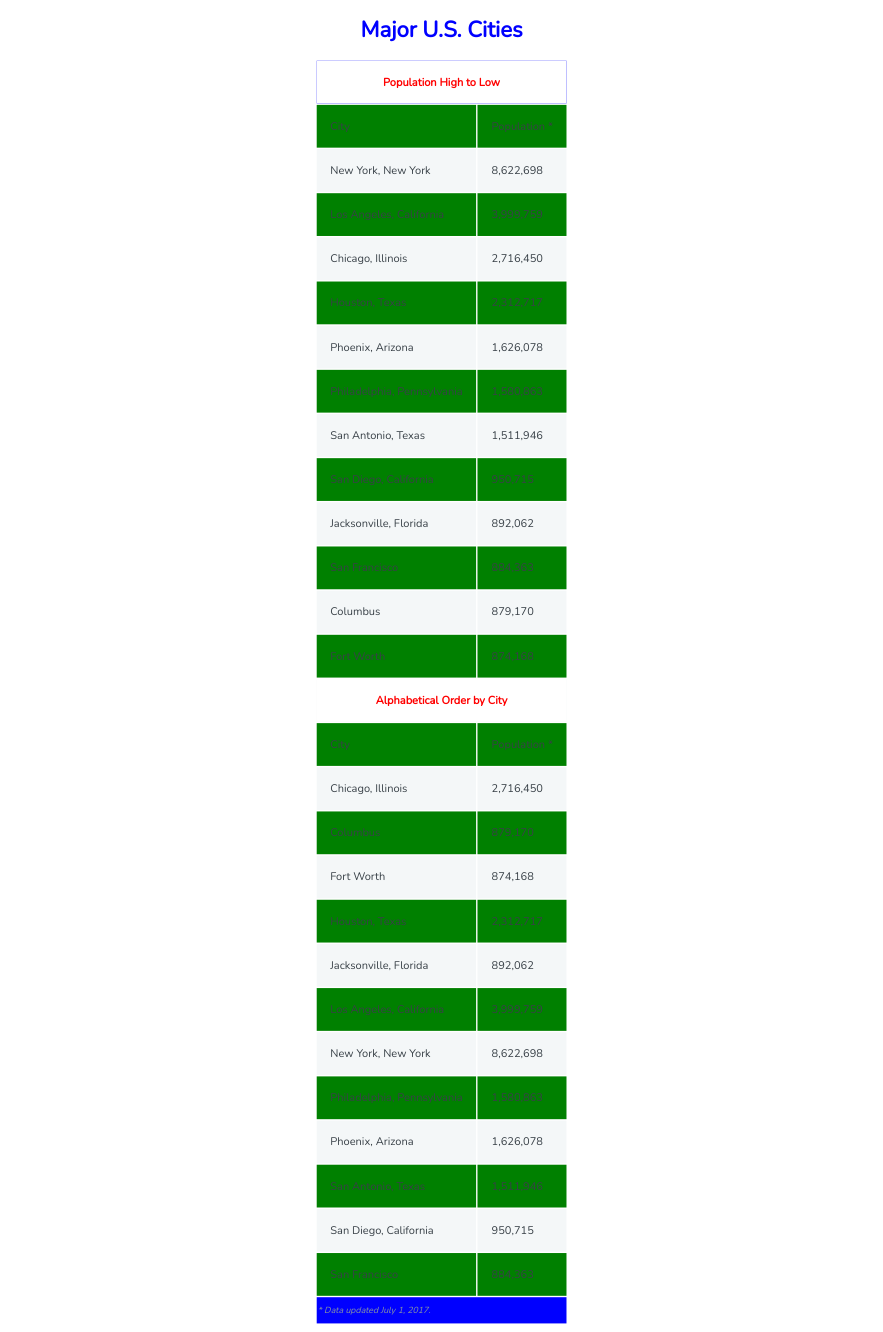
Repository: oduong1/COSW30
Page: http://localhost/homework/hw4/population_array.php
The author's editor kept a record of every edit. The page is drawn from the files as they stood at one moment, then again after the next edit.
The browser window is 1280 px wide. The pictures show the whole page, at 69% of full size.
Some web fonts or font styles are not loaded; a fallback is used. The page is run by PHP 8.4 with error messages shown; the project is at /var/www/html/.

Above is the page before.
Not found: homework/hw4/normalize.css

### homework/hw4/population_array.php
<!DOCTYPE html>
<html>
  <head>
    <meta charset="utf-8">
    <meta name="viewport" content="width=device-width, initial-scale=1.0">
    <title>City Population</title>
    <link rel="stylesheet" href="normalize.css">
    <link href='http://fonts.googleapis.com/css?family=Nunito:400,300' rel='stylesheet' type='text/css'>
    <link href="https://fonts.googleapis.com/css?family=Gayathri&display=swap" rel="stylesheet">
    <link rel="stylesheet" href="table.css">
  </head>
  <body >
    <container id="center_a"><h1>Major U.S. Cities</h1></container>

      <table>

    <?php

        $population = [
            "New York, New York" => "8,622,698",
            "Los Angeles, California" => "3,999,759",
            "Chicago, Illinois" => "2,716,450",
            "Houston, Texas" => "2,312,717",
            "Phoenix, Arizona" => "1,626,078",
            "Philadelphia, Pennsylvania" => "1,580,863",
            "San Antonio, Texas" => "1,511,946",
            "San Diego, California" => "950,715",
            "Jacksonville, Florida" => "892,062",
            "San Francisco" => "884,363",
            "Columbus" => "879,170",
            "Fort Worth" => "874,168"
        ];

//display original list
echo'        <th colspan="2">Population High to Low</th>';
echo '<tr><td>City</td><td>Population *</td></tr>';

        foreach ($population as $city => $pop) {
            echo "
                <tr>
                  <td>$city</td>
                  <td>$pop</td>
                </tr>\n";
            }

//display list by city
ksort($population);

echo'        <th colspan="2">Alphabetical Order by City</th>';
echo '<tr><td>City</td><td>Population *</td></tr>';

        foreach ($population as $city => $pop) {
            echo "
                <tr>
                  <td>$city</td>
                  <td>$pop</td>
                </tr>\n";
            }
?>
        </tbody>
                <tfoot>
          <tr>
            <td colspan="3">* Data updated July 1, 2017.</td>
          </tr>
        </tfoot>
      </table>

  </body>
</html>

### homework/hw4/table.css
*, *:before, *:after {
  -moz-box-sizing: border-box;
  -webkit-box-sizing: border-box;
  box-sizing: border-box;
}

body {
  font-family: 'Nunito', sans-serif;
  color: #384047;
  text-align: center;
}

table {
  max-width: 960px;
  margin: 10px auto;
}

#center_a {
  display: block;
  max-width: 960px;
  margin: 10px auto;
  color: blue;

}

caption {
  font-size: 1.6em;
  font-weight: 400;
  padding: 10px 0;
}

thead th {
  font-weight: 400;
  background: #8a97a0;
  color: #FFF;
}
tr:first-child {
  background-color: blue;
}

tr {
  background: #f4f7f8;
  border-bottom: 1px solid #FFF;
  margin-bottom: 5px;
}

/*tr:nth-child(odd) {*/
/*  background: yellow;*/
/*}*/


tr:nth-child(even) {
  background: green;
}

th {
  text-align: center;
  padding: 20px;
  color: red;
  background: #fff;
}

td {
  text-align: left;
  padding: 20px;
  font-weight: 300;
}

tfoot tr {
  background: none;
}

tfoot td {
  padding: 10px 2px;
  font-size: 0.8em;
  font-style: italic;
  color: #8a97a0;
}

After the next edit:
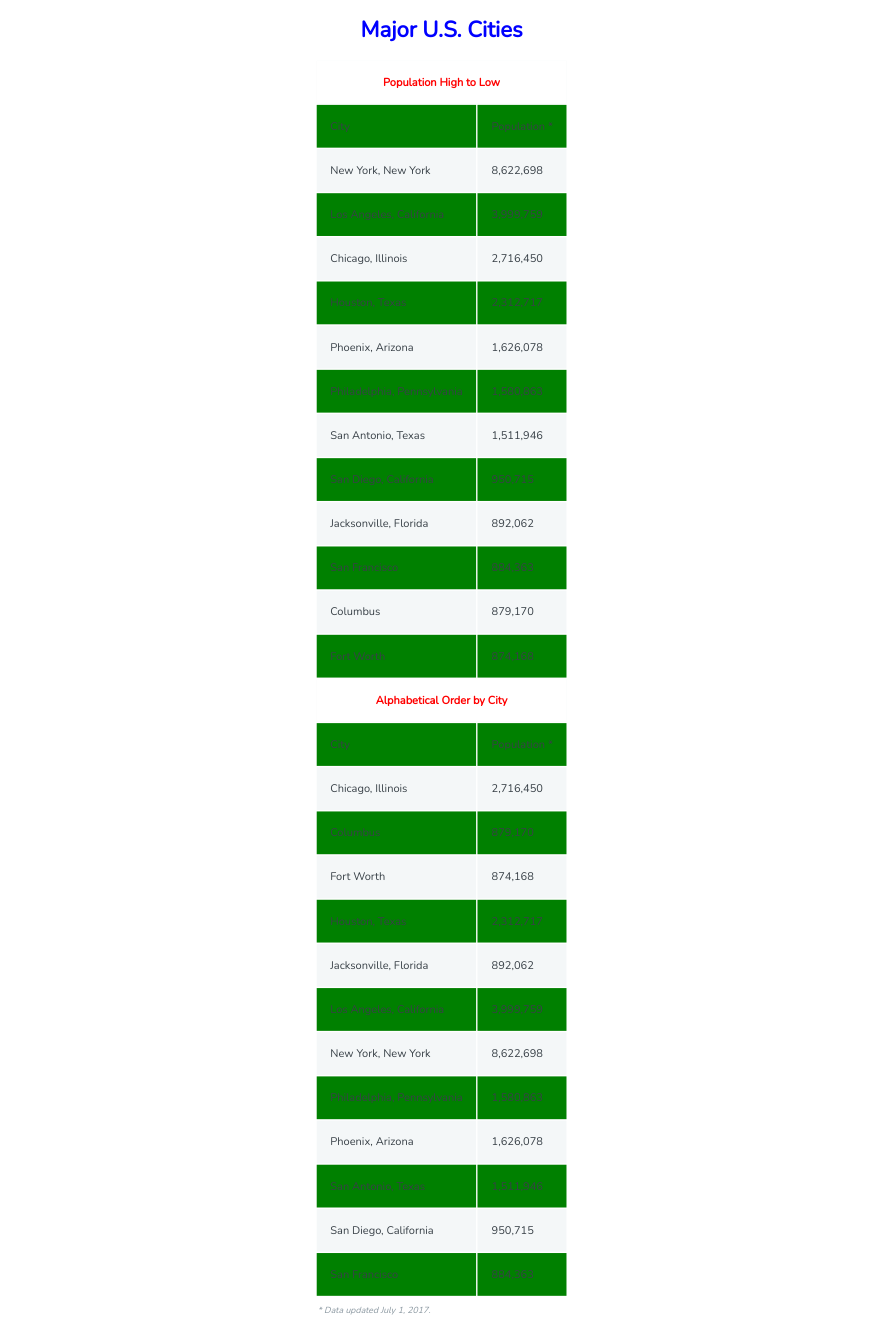
The edit:
--- a/homework/hw4/table.css
+++ b/homework/hw4/table.css
@@ -34,9 +34,7 @@
   background: #8a97a0;
   color: #FFF;
 }
-tr:first-child {
-  background-color: blue;
-}
+
 
 tr {
   background: #f4f7f8;
